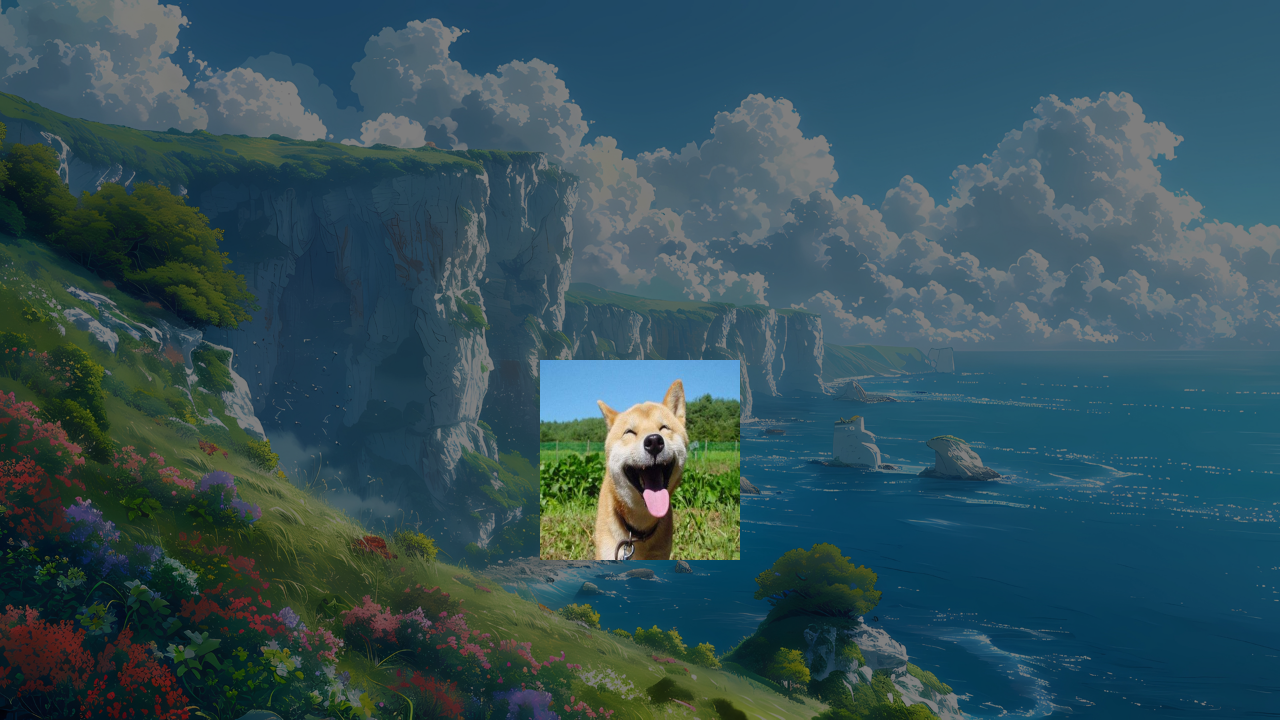
Repository: taoxiaofeng/hello-javascript
Page: master-class/position.html
These files come from the project's save history. The page is drawn as it stood at one moment and after the next save; the edit follows.
The browser window is 1280 px wide. The pictures show the window.
A layer covers the whole window, so only the first screen is drawn.

Above is the page before, as saved 2024-07-29 21:25:02.

After the next save:
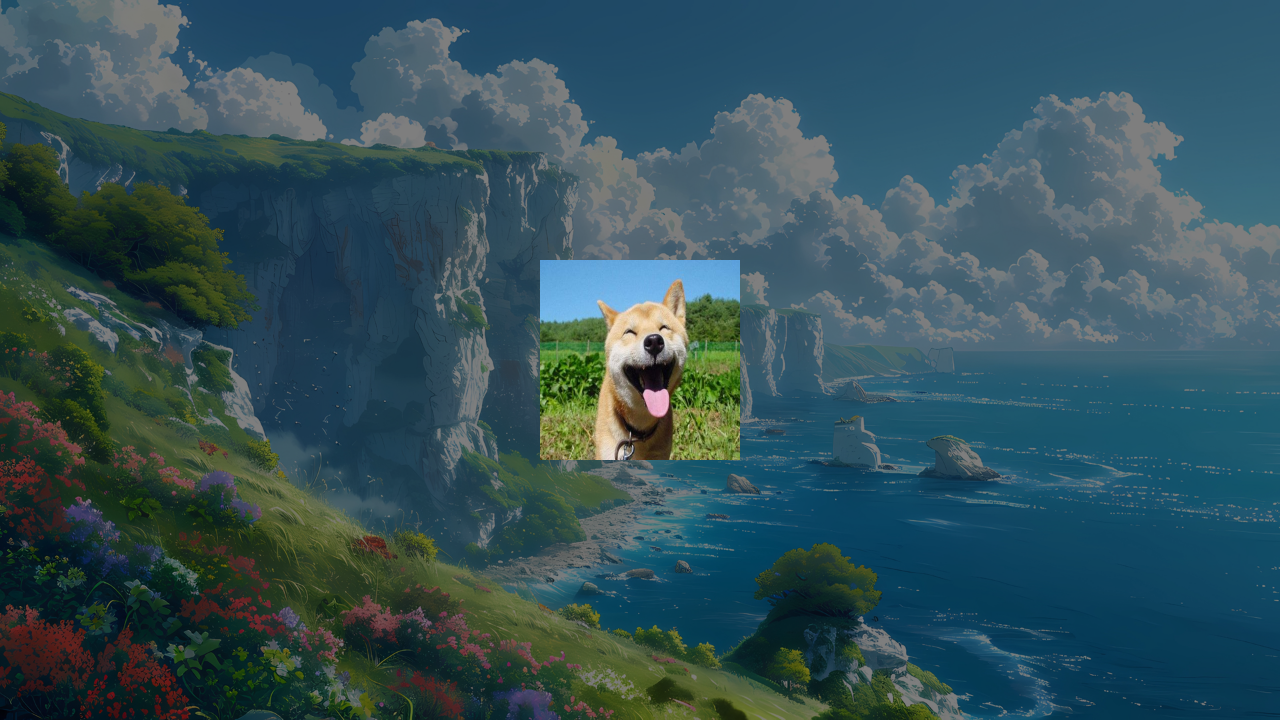
Saved 9 s later.
--- a/master-class/position.html
+++ b/master-class/position.html
@@ -35,7 +35,7 @@
       left: 50%;
       top: 50%;
       margin-left: -100px;
-      margin-top: auto;
+      margin-top: -100px;
       /* transform: translate(-50%, -50%); */
     }
 
